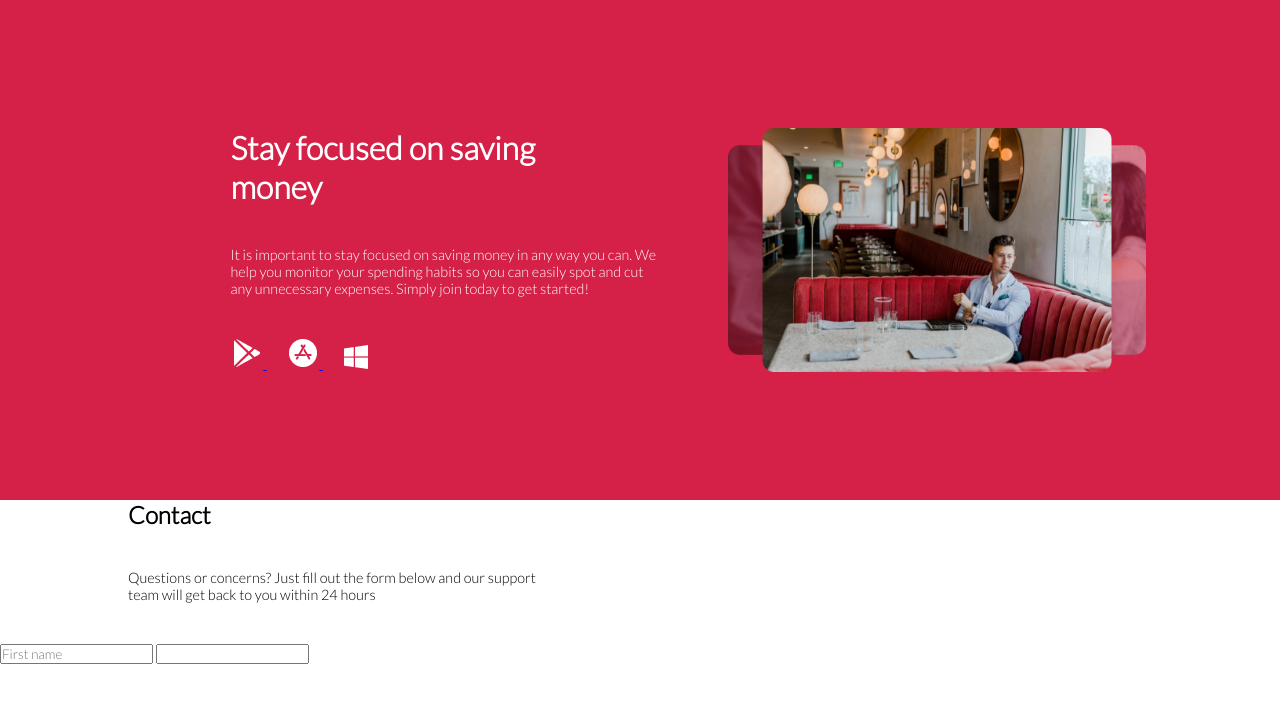
Repository: batonAnton/Cursor_lecture4
Page: index.html
An editor plug-in stored every save of this project. The page is shown before and after the next save, followed by the edit.
The browser window is 1280 px wide. The pictures show the whole page.

Above is the page before, as saved 2022-06-08 14:47:43.

### index.html
<!DOCTYPE html>
<html lang="en">
<head>
    <meta charset="UTF-8">
    <meta http-equiv="X-UA-Compatible" content="IE=edge">
    <meta name="viewport" content="width=device-width, initial-scale=1.0">
    <title>CloudBudget Freebie</title>
    <link rel="preconnect" href="https://fonts.googleapis.com">
    <link rel="preconnect" href="https://fonts.gstatic.com" crossorigin>
    <link href="https://fonts.googleapis.com/css2?family=Lato:wght@300&display=swap" rel="stylesheet">
    <link rel="stylesheet" href="css/style.css">
</head>
<body>
    <header>
        <div class="info-box">
            <h1>Stay focused on saving <br> money</h1>
            <p>It is important to stay focused on saving money in any way you can. We <br> help you monitor your spending habits so you can easily spot and cut <br> any unnecessary expenses. Simply join today to get started!</p>

            <div class="link_source">
                <a href="https://play.google.com/store/games?hl=uk&gl=US">
                    <img src="/image/icon/google_play.png" alt="icon-google">
                </a>
                <a href="https://www.apple.com/ua/app-store/">
                    <img src="/image/icon/apstore.png" alt="icon-apstore">
                </a>
                <a href="https://www.microsoft.com/uk-ua/software-download/windows10">
                    <img src="/image/icon/windows.png" alt="icon-windows">
                </a>
            </div>
        </div>

        <div class="big_img"></div>
    </header>

    <section>
        <div class="info-box">
            <h1>Contact</h1>
            <p>Questions or concerns? Just fill out the form below and our support <br> team will get back to you within 24 hours</p>
        </div>

        <div class="input-fields">
            <form>
                <input type="text" id="fname" placeholder="First name" name="fname">
                <input type="text" id="lname" name="lname">
              </form>
        </div>
    </section>
</body>
</html>

### css/style.css
* {
  font-family: "Lato", sans-serif;
  margin: 0;
  padding: 0;
  box-sizing: border-box;
}

header {
  width: 100%;
  height: 20%;
  padding: 10%;
  color: #ffffff;
  display: inline-flex;
  background-color: #d52047;
}

.info-box {
  width: 80%;
  margin-left: 10%;
}

.info-box p {
  width:90% ;
  margin: 40px 0;
  font-size: 0.9rem;
}

.link_source a{
    margin-left: -19px;
    padding: 0 20px;
}

.big_img {
    background-image: url("/image/Photo.png");
    width: 70%;
        /* height: 311px; */
    background-repeat: no-repeat;
    background-position: center;
    background-size: contain;
}

After the next save:
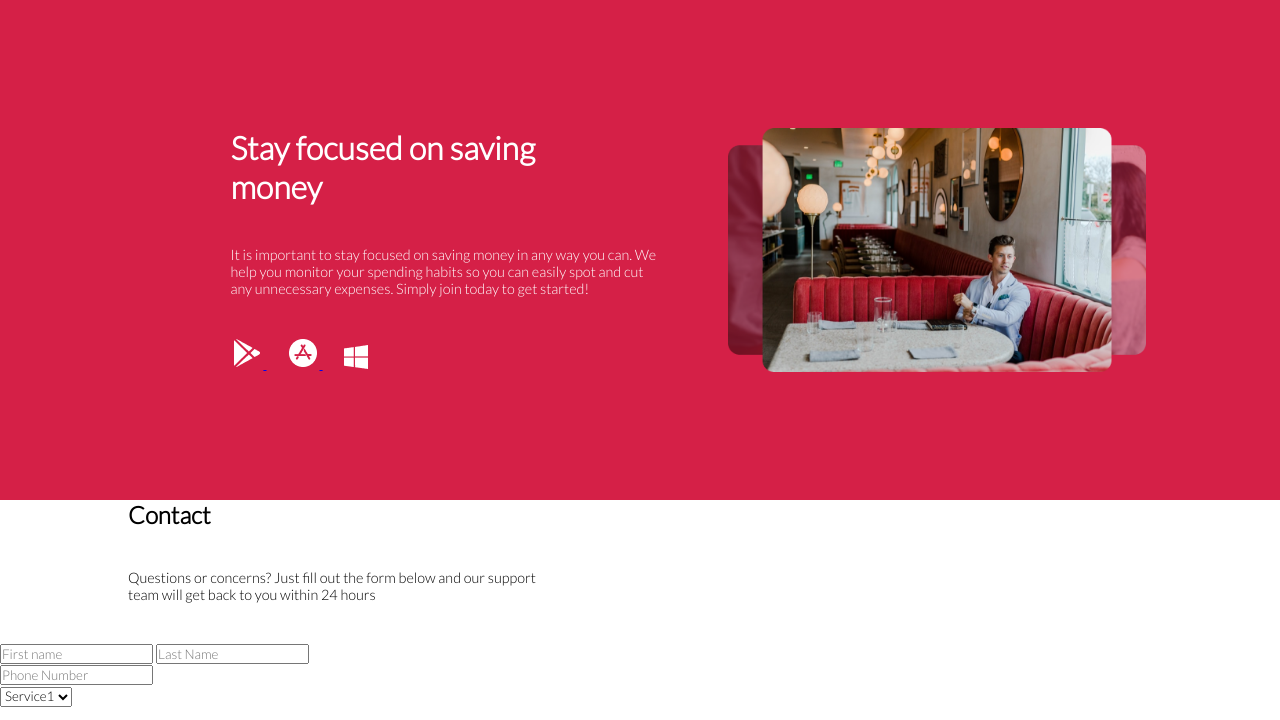
Saved 5 min 3 s later.
--- a/index.html
+++ b/index.html
@@ -41,7 +41,14 @@
         <div class="input-fields">
             <form>
                 <input type="text" id="fname" placeholder="First name" name="fname">
-                <input type="text" id="lname" name="lname">
+                <input type="text" id="lname" placeholder="Last Name" name="lname"> <br>
+                <input type="number" name="" id="" placeholder="Phone Number"> <br>
+                <select id="service" aria-placeholder="Select Service" name="cars">
+                    <option value="volvo">Service1</option>
+                    <option value="saab">Service2</option>
+                    <option value="fiat">Service3</option>
+                    <option value="audi">Service4</option>
+                  </select>
               </form>
         </div>
     </section>
